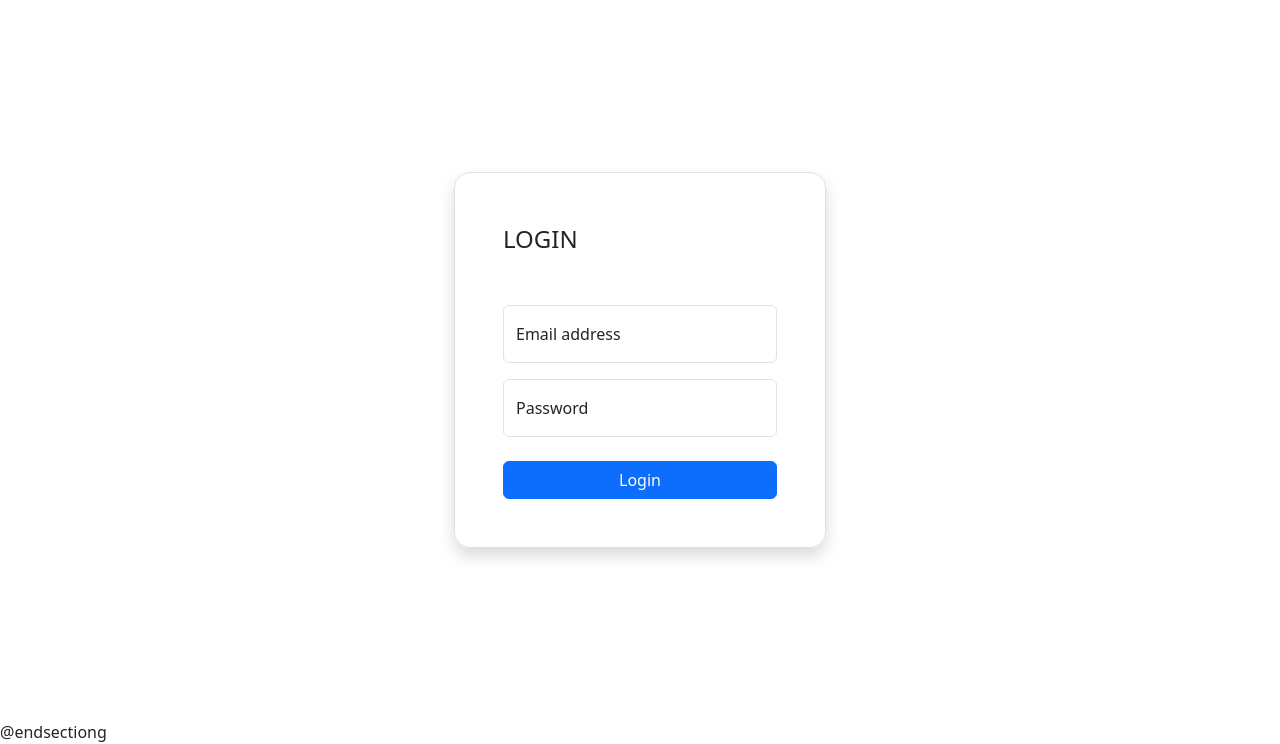
Repository: jaevoy2/lara_demo
Page: http://localhost/
The author's editor kept a copy of each file at every save. The page is drawn from the files as they stood at one save, then again after a run of saves.
The browser window is 1280 px wide. The pictures show the whole page.
The page is served by the project's Laravel application, run on PHP 8.4 with Laravel 12. Other server files are loaded and not shown.

Above is the page before, as saved 2026-07-06 22:56:30.

### routes/web.php
<?php

use Illuminate\Support\Facades\Route;
use App\Http\Controllers\StudentController;


Route::get('/', function () {
    return view('login');
});

Route::get('/dashboard', function () {
    return view('dashboard');
});

### resources/views/login.blade.php
@extends('_layout._auth-head')

@section('content')
    <div class="container d-flex flex-column justify-content-center align-items-center vh-100">
        <div class="container d-flex flex-column justify-content-center col-4 p-5 border rounded shadow rounded-4">
            <p class="mb-5 fs-4">LOGIN</p>
            <div class="form-floating mb-3">
                <input type="email" class="form-control" id="floatingInput" placeholder="name@example.com">
                    <label for="floatingInput">Email address</label>
            </div>
            <div class="form-floating mb-4">
                <input type="password" class="form-control" id="floatingPassword" placeholder="Password">
                <label for="floatingPassword">Password</label>
            </div>
            <button type="button" class="btn btn-primary btn-l">Login</button>
        </div>
    </div>

@endsectiong

### resources/views/_layout/_auth-head.blade.php
<!DOCTYPE html>
<html lang="en">
<head>
    <meta charset="UTF-8">
    <meta name="viewport" content="width=device-width, initial-scale=1.0">
    <link href="https://cdn.jsdelivr.net/npm/bootstrap@5.3.8/dist/css/bootstrap.min.css" rel="stylesheet" integrity="sha384-sRIl4kxILFvY47J16cr9ZwB07vP4J8+LH7qKQnuqkuIAvNWLzeN8tE5YBujZqJLB" crossorigin="anonymous">
    <link rel="stylesheet" href="{{ asset('css/styles.css') }}">
    <title>Document</title>
</head>
<body>

    @yield('content')

    <script src="https://cdn.jsdelivr.net/npm/bootstrap@5.3.8/dist/js/bootstrap.bundle.min.js" integrity="sha384-FKyoEForCGlyvwx9Hj09JcYn3nv7wiPVlz7YYwJrWVcXK/BmnVDxM+D2scQbITxI" crossorigin="anonymous"></script>
</body>
</html>

After the next 3 saves:
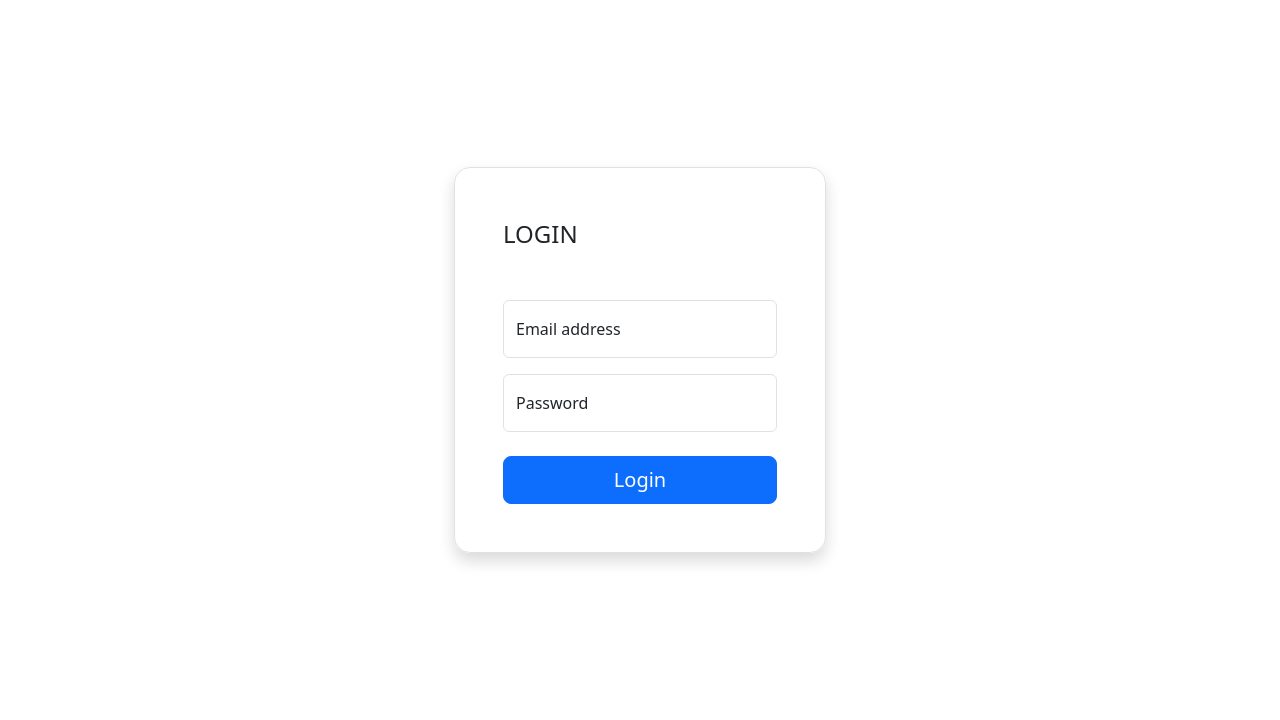
The 3 saves are shown as one change because they came seconds apart.
The last was saved 14 s later.
--- a/resources/views/login.blade.php
+++ b/resources/views/login.blade.php
@@ -12,8 +12,8 @@
                 <input type="password" class="form-control" id="floatingPassword" placeholder="Password">
                 <label for="floatingPassword">Password</label>
             </div>
-            <button type="button" class="btn btn-primary btn-l">Login</button>
+            <button type="button" class="btn btn-primary btn-lg">Login</button>
         </div>
     </div>
 
-@endsectiong
+@endsection
